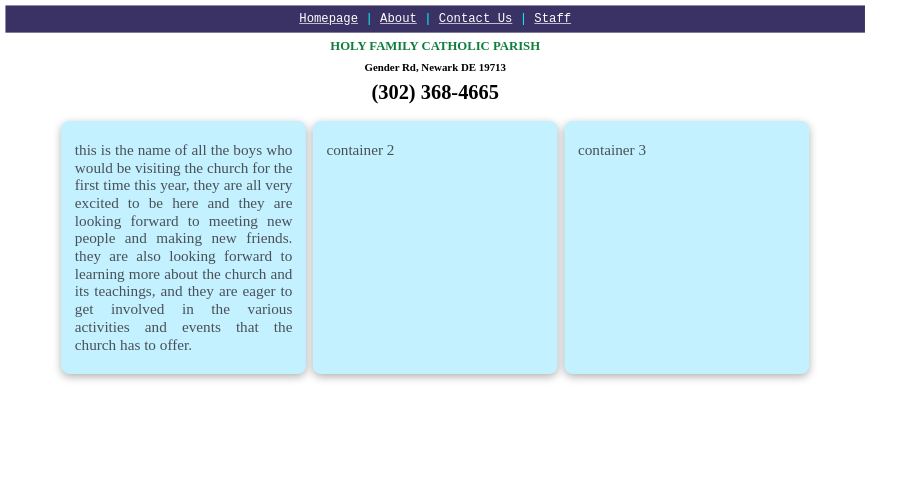
Repository: ficotims/HTML-RESTART
Page: Homepage.html
An editor plug-in stored every save of this project. The page is shown before and after the next save, followed by the edit.
The browser window is 1280 px wide. The page is 1280 px wide, then 1340 px, so the pictures cover 1340 px, including what lies to the right of the window. The pictures show the whole page, at 68% of full size.

Above is the page before, as saved 2026-02-10 23:06:31.

After the next save:
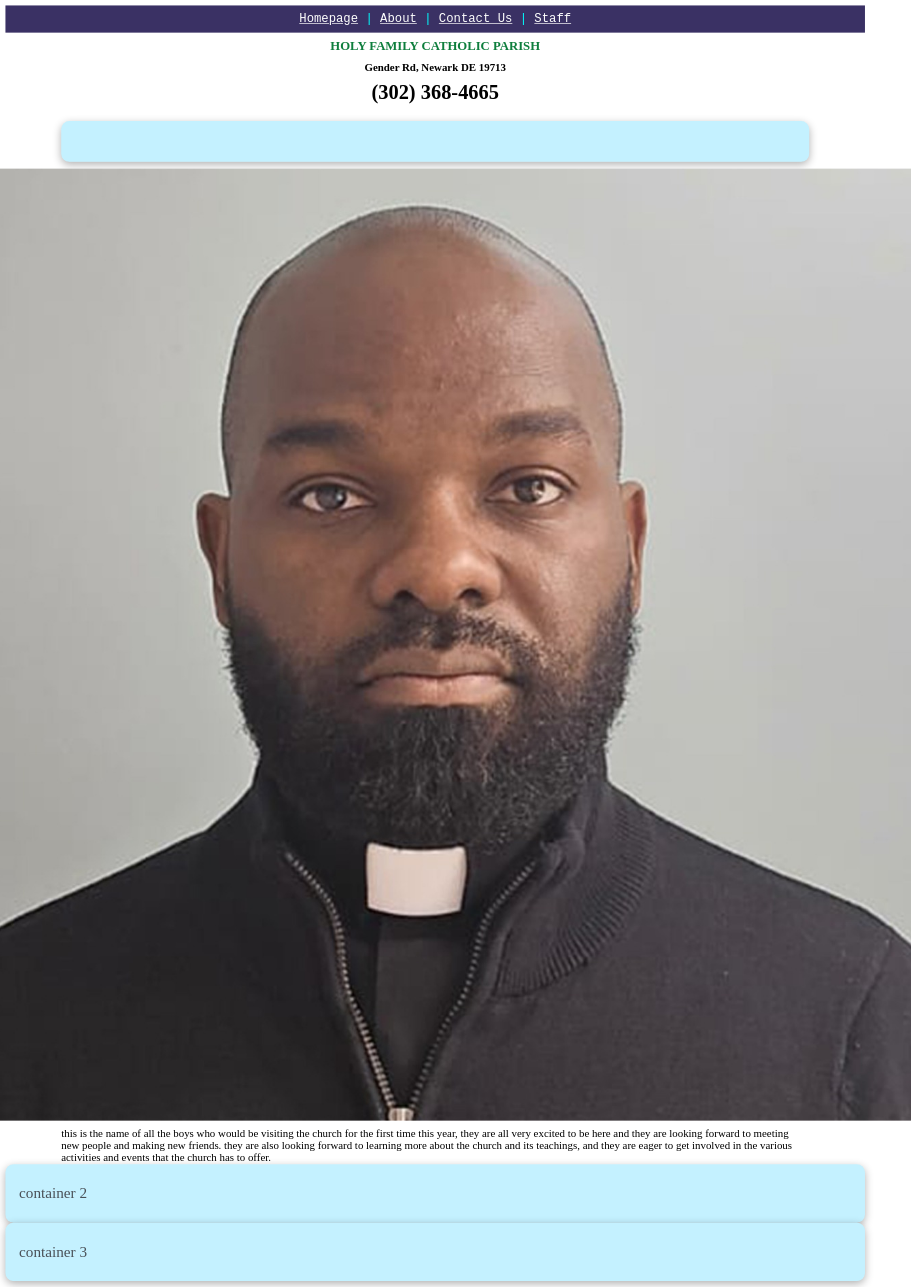
Saved 66 s later.
--- a/Homepage.html
+++ b/Homepage.html
@@ -26,7 +26,8 @@
 
  <!-- CONTAINERS -->
   <div class="container">
-  <div class="box">
+  <div class="box"></div>
+    <img src="images/fico.jpg" alt="church image">
     this is the name of all the boys who would be visiting the church for the first time this year, they are all very excited to be here and they are looking forward to meeting new people and making new friends. they are also looking forward to learning more about the church and its teachings, and they are eager to get involved in the various activities and events that the church has to offer.
   </div>
   <div class="box">
